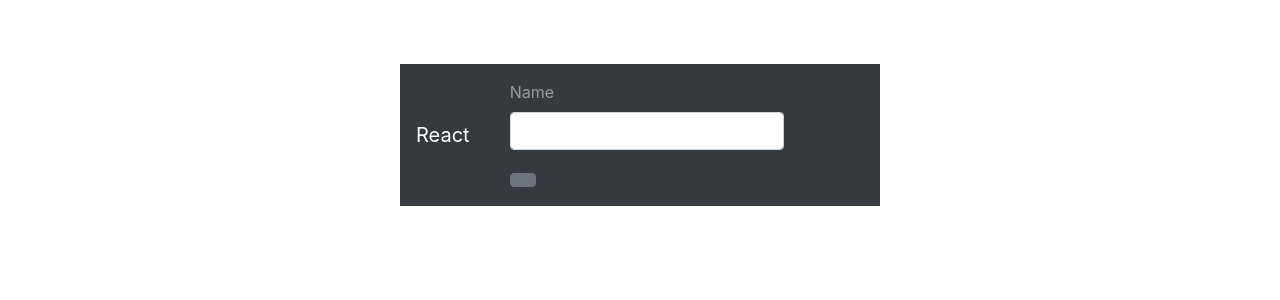
Repository: Abdaljawad-Aya/interview-task
Page: /add (app in javascriptArray/test/)
These files come from the project's save history. The page is drawn as it stood at one moment and after the next save; the edit follows.
The browser window is 1280 px wide. The pictures show the whole page.
Some web libraries are served in a nearby version. The project was rebuilt for these pictures with package versions that can differ from the ones it lists, and the page was loaded fresh each time. Also part of the build but not shown: javascriptArray/test/src/compnents/Home.js, javascriptArray/test/src/compnents/EditUser.js. Imported but missing from the stored project, and not drawn on this page: javascriptArray/test/src/compnents/Heading, javascriptArray/test/src/compnents/UserList, javascriptArray/test/src/context/GlobalState.

Above is the page before, as saved 2021-03-10 16:02:29.

### javascriptArray/test/public/index.html
<!DOCTYPE html>
<html lang="en">
  <head>
    <meta charset="utf-8" />
    <link rel="icon" href="%PUBLIC_URL%/favicon.ico" />
    <meta name="viewport" content="width=device-width, initial-scale=1" />
    <meta name="theme-color" content="#000000" />
    <meta
      name="description"
      content="Web site created using create-react-app"
    />
    <link rel="apple-touch-icon" href="%PUBLIC_URL%/logo192.png" />
    <!--
      manifest.json provides metadata used when your web app is installed on a
      user's mobile device or desktop. See https://developers.google.com/web/fundamentals/web-app-manifest/
    -->
    <link rel="manifest" href="%PUBLIC_URL%/manifest.json" />
    <!--
      Notice the use of %PUBLIC_URL% in the tags above.
      It will be replaced with the URL of the `public` folder during the build.
      Only files inside the `public` folder can be referenced from the HTML.

      Unlike "/favicon.ico" or "favicon.ico", "%PUBLIC_URL%/favicon.ico" will
      work correctly both with client-side routing and a non-root public URL.
      Learn how to configure a non-root public URL by running `npm run build`.
    -->

   <link rel="stylesheet" href="https://maxcdn.bootstrapcdn.com/bootstrap/4.0.0/css/bootstrap.min.css" integrity="sha384-Gn5384xqQ1aoWXA+058RXPxPg6fy4IWvTNh0E263XmFcJlSAwiGgFAW/dAiS6JXm" crossorigin="anonymous">
    <title>React App</title>
  </head>
  <body>
    <noscript>You need to enable JavaScript to run this app.</noscript>
    <div id="root"></div>
    <!--
      This HTML file is a template.
      If you open it directly in the browser, you will see an empty page.

      You can add webfonts, meta tags, or analytics to this file.
      The build step will place the bundled scripts into the <body> tag.

      To begin the development, run `npm start` or `yarn start`.
      To create a production bundle, use `npm run build` or `yarn build`.
    -->
      <script src="https://code.jquery.com/jquery-3.2.1.slim.min.js" integrity="sha384-KJ3o2DKtIkvYIK3UENzmM7KCkRr/rE9/Qpg6aAZGJwFDMVNA/GpGFF93hXpG5KkN" crossorigin="anonymous"></script>
    <script src="https://cdnjs.cloudflare.com/ajax/libs/popper.js/1.12.9/umd/popper.min.js" integrity="sha384-ApNbgh9B+Y1QKtv3Rn7W3mgPxhU9K/ScQsAP7hUibX39j7fakFPskvXusvfa0b4Q" crossorigin="anonymous"></script>
    <script src="https://maxcdn.bootstrapcdn.com/bootstrap/4.0.0/js/bootstrap.min.js" integrity="sha384-JZR6Spejh4U02d8jOt6vLEHfe/JQGiRRSQQxSfFWpi1MquVdAyjUar5+76PVCmYl" crossorigin="anonymous"></script>
  </body>
</html>

### javascriptArray/test/src/index.js
import React from 'react'
import ReactDOM from 'react-dom'
import App from './App'
// import { BrowserRouter as Router } from 'react-router-dom'

ReactDOM.render(
  <React.StrictMode>
    {/* <Router> */}
    <App />
    {/* </Router> */}
  </React.StrictMode>,
  document.getElementById('root'),
)

### javascriptArray/test/src/App.js
import React from 'react'
import { BrowserRouter as Router, Switch, Route } from 'react-router-dom'
import { Home } from './compnents/Home'
import { AddUser } from './compnents/AddUser'
import { EditUser } from './compnents/EditUser'

import 'bootstrap/dist/css/bootstrap.min.css'

function App() {
  return (
    <div className="App" style={{ maxWidth: '30rem', margin: '4rem auto' }}>
      <Router>
        <Switch>
          <nav class="navbar navbar-expand-lg navbar-dark bg-dark">
            <a class="navbar-brand" href="#">
              React
            </a>
            <button
              class="navbar-toggler"
              type="button"
              data-toggle="collapse"
              data-target="#navbarNavAltMarkup"
              aria-controls="navbarNavAltMarkup"
              aria-expanded="false"
              aria-label="Toggle navigation"
            >
              <span class="navbar-toggler-icon"></span>
            </button>
            <div class="collapse navbar-collapse" id="navbarNavAltMarkup">
              <div class="navbar-nav">
                <a class="nav-item nav-link active" href="#">
                  <Route exact path="/" component={Home} />
                  {/* <span class="sr-only">(current)</span> */}
                </a>
                <a class="nav-link" href="#">
                  <Route path="/add" component={AddUser} />
                </a>
                <a class="nav-link" href="#">
                  <Route path="/edit/:id" component={EditUser} />
                </a>
              </div>
            </div>
          </nav>
        </Switch>
      </Router>
    </div>
  )
}

export default App

### javascriptArray/test/src/compnents/AddUser.js
import React from 'react'
import { Form, FormGroup, Label, Input, Button } from 'reactstrap'
export const AddUser = () => {
  return (
    <Form>
      <FormGroup>
        <Label>Name</Label>
        <Input></Input>
      </FormGroup>
      <Button></Button>
    </Form>
  )
}

After the next save:
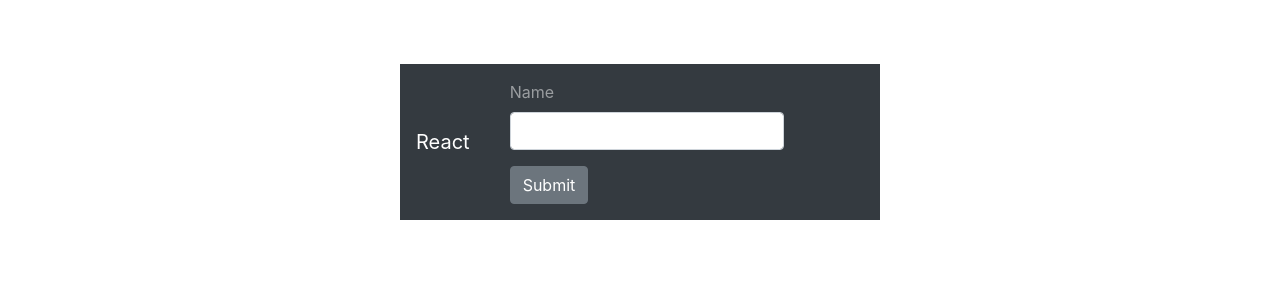
Saved 4 s later.
--- a/javascriptArray/test/src/compnents/AddUser.js
+++ b/javascriptArray/test/src/compnents/AddUser.js
@@ -7,7 +7,7 @@
         <Label>Name</Label>
         <Input></Input>
       </FormGroup>
-      <Button></Button>
+      <Button>Submit</Button>
     </Form>
   )
 }
